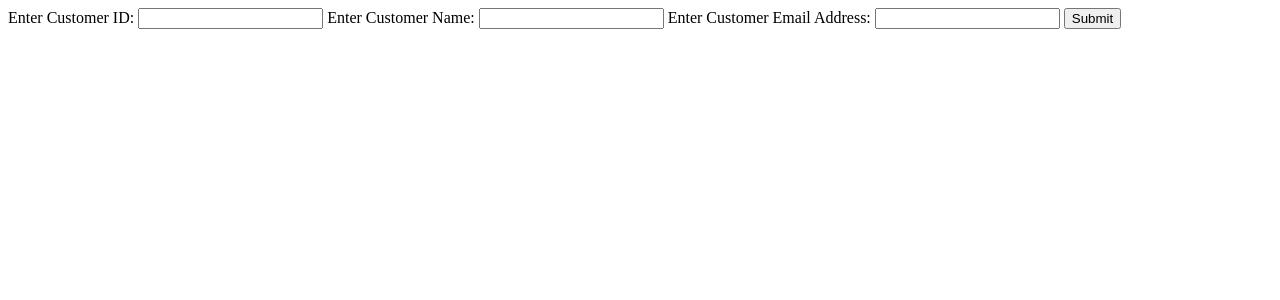
Repository: duyhungduong/BPMNSoft_CT460_DDHung
Page: http://localhost/SubmissionForms/pages/edureka.jsp
The author's editor kept a copy of each file at every save. The page is drawn from the files as they stood at one save, then again after the next save.
The browser window is 1280 px wide. The pictures show the whole page.
The page is served by Tomcat 9. Other server files are loaded and not shown.

Above is the page before, as saved 2024-10-11 03:59:15.

### BPMN/STS/SubmissionForms/src/main/webapp/pages/edureka.jsp
<%@ page language="java" contentType="text/html; charset=ISO-8859-1"
    pageEncoding="ISO-8859-1"%>
<!DOCTYPE html>
<html>
<head>
<meta charset="ISO-8859-1">
<title>Insert title here</title>
</head>
<body>
<form method = "post" action="details">
Enter Customer ID: <input type="text" name="cid">
Enter Customer Name: <input type="text" name="cname">
Enter Customer Email Address: <input type="email" name="cemail">
<input type="submit" value ="Submit">
</form>
</body>
</html>

After the next save:
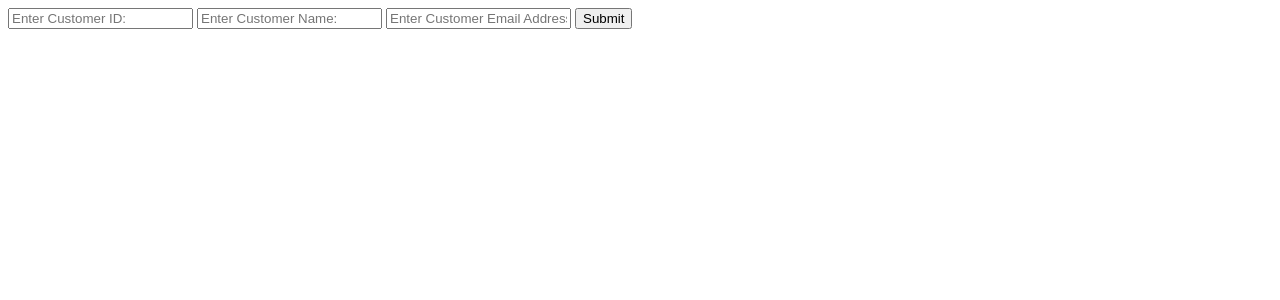
Saved 8 min 43 s later.
--- a/BPMN/STS/SubmissionForms/src/main/webapp/pages/edureka.jsp
+++ b/BPMN/STS/SubmissionForms/src/main/webapp/pages/edureka.jsp
@@ -8,9 +8,9 @@
 </head>
 <body>
 <form method = "post" action="details">
-Enter Customer ID: <input type="text" name="cid">
-Enter Customer Name: <input type="text" name="cname">
-Enter Customer Email Address: <input type="email" name="cemail">
+ <input type="text" name="cid" placeholder="Enter Customer ID: ">
+<input type="text" name="cname" placeholder="Enter Customer Name: ">
+<input type="email" name="cemail" placeholder="Enter Customer Email Address: ">
 <input type="submit" value ="Submit">
 </form>
 </body>
